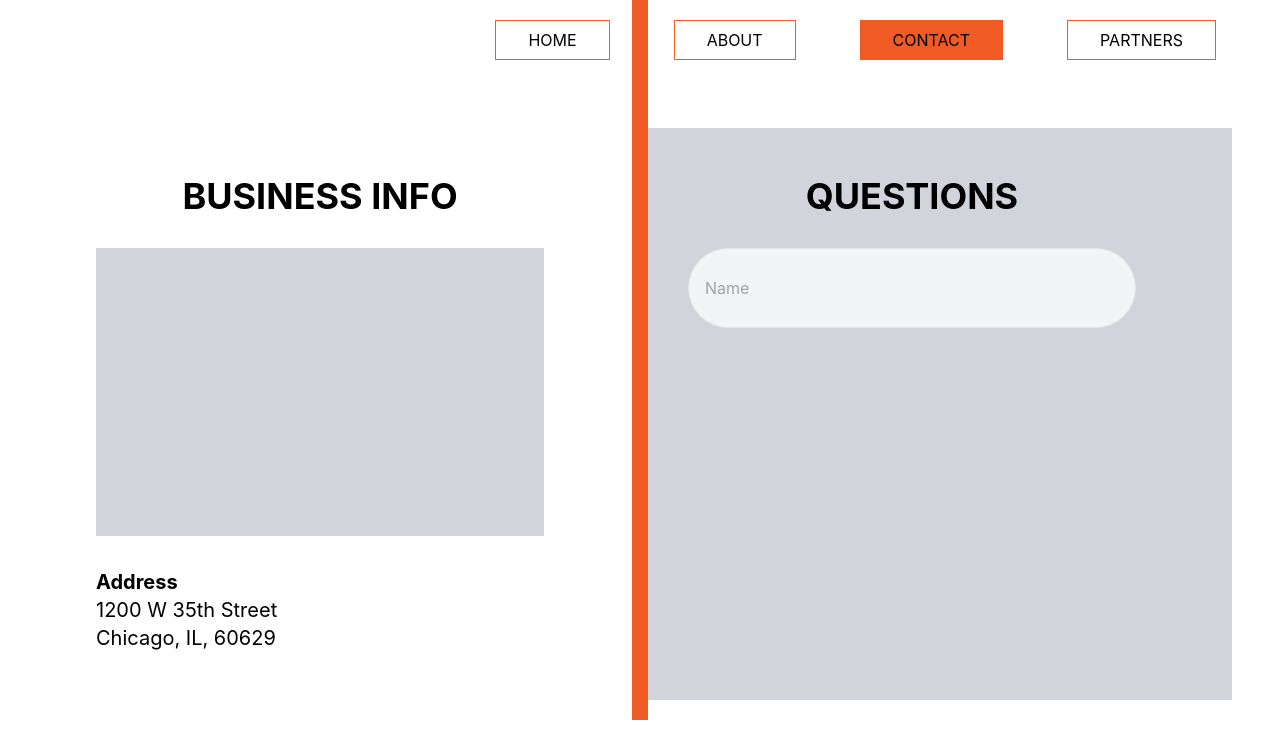
Repository: legenddev1202/whyclicktv
Page: /contact
An editor plug-in stored every save of this project. The page is shown before and after the next save, followed by the edit.
The browser window is 1280 px wide. The pictures show the whole page.
The project was rebuilt for these pictures with package versions that can differ from the ones it lists, and the page was loaded fresh each time. Also part of the build but not shown: src/pages/home.js, src/pages/about.js, src/App.css.

Above is the page before, as saved 2022-03-31 09:51:46.

### src/index.css
@tailwind base;
@tailwind components;
@tailwind utilities;

body {
  margin: 0;
  font-family: -apple-system, BlinkMacSystemFont, "Segoe UI", "Roboto", "Oxygen",
    "Ubuntu", "Cantarell", "Fira Sans", "Droid Sans", "Helvetica Neue",
    sans-serif;
  -webkit-font-smoothing: antialiased;
  -moz-osx-font-smoothing: grayscale;
  height: 100%;
  min-height: 500px;
}

code {
  font-family: source-code-pro, Menlo, Monaco, Consolas, "Courier New",
    monospace;
}

### src/App.js
import { Routes, Route, Link } from "react-router-dom";
import Home from "./pages/home";
import About from "./pages/about";
import "./App.css";
import Contact from "./pages/contact";

function App() {
  return (
    <Routes>
      <Route path="/" element={<Home />} />
      <Route path="about" element={<About />} />
      <Route path="contact" element={<Contact />} />
    </Routes>
  );
}

export default App;

### src/pages/contact.js
import React from "react";
import { Routes, Route, Link } from "react-router-dom";

function Contact() {
  return (
    <div className="relative h-full w-full" style={{ height: "100vh" }}>
      <div className="bg-transparent w-full h-20 flex items-center px-8 justify-between z-20 absolute">
        <div></div>
        <div className="bg-transparent">
          <button
            className="h-10 px-8 mx-8 border"
            style={{ borderColor: "#F05A23", backgroundColor: "white" }}
          >
            <Link to="/">HOME</Link>
          </button>
          <button
            className="h-10 px-8 mx-8 border"
            style={{ borderColor: "#F05A23", backgroundColor: "white" }}
          >
            <Link to="/about">ABOUT</Link>
          </button>
          <button
            className="h-10 px-8 mx-8 border"
            style={{ borderColor: "#F05A23", backgroundColor: "#F05A23" }}
          >
            <Link to="/contact">CONTACT</Link>
          </button>
          <button
            className="h-10 px-8 mx-8 border"
            style={{ borderColor: "#F05A23" }}
          >
            <Link to="/contact">PARTNERS</Link>
          </button>
        </div>
      </div>
      <div
        className="absolute w-4 h-full left-0 right-0 mx-auto z-10"
        style={{ backgroundColor: "#F05A23", height: "100vh" }}
      ></div>
      <div className="w-full mt-20 absolute p-12 flex">
        <div className="w-1/2 p-12 pr-24 flex flex-col items-center">
          <div className="text-4xl font-bold">BUSINESS INFO</div>
          <div className="w-full h-72 bg-gray-300 mt-8"></div>
          <div className="mt-8 self-start">
            <div className="text-xl font-bold">Address</div>
            <div className="text-xl">1200 W 35th Street </div>
            <div className="text-xl">Chicago, IL, 60629 </div>
          </div>
        </div>
        <div className="w-1/2 p-12 bg-gray-300 pr-24 flex flex-col items-center">
          <div className="text-4xl font-bold">QUESTIONS</div>
          <div className="w-full mt-8">
            <input
              className="w-full rounded-full h-20 border px-4 bg-gray-100"
              placeholder="Name"
            ></input>
          </div>
        </div>
      </div>
    </div>
  );
}

export default Contact;

Loaded but not shown: public/index.html (common file); src/index.js (common file); src/reportWebVitals.js (common file); tailwind.config.js (common file)

After the next save:
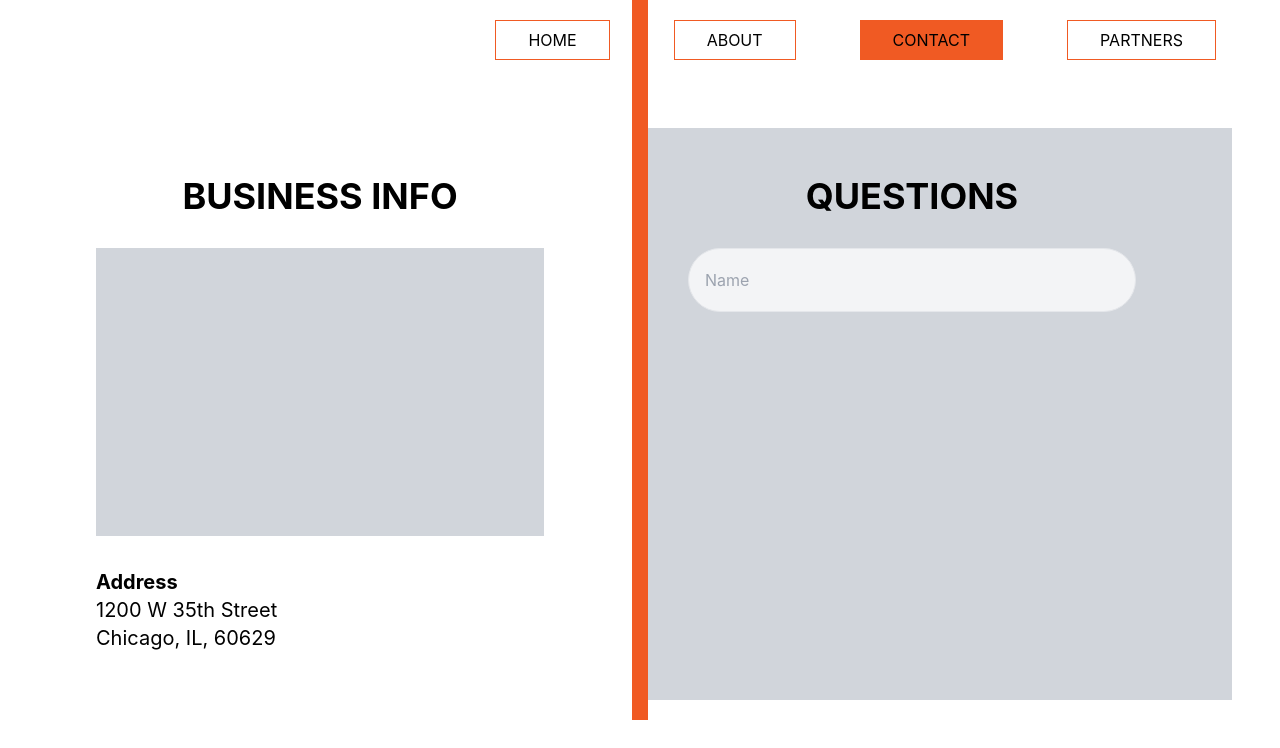
Saved 10 s later.
--- a/src/pages/contact.js
+++ b/src/pages/contact.js
@@ -51,7 +51,7 @@
           <div className="text-4xl font-bold">QUESTIONS</div>
           <div className="w-full mt-8">
             <input
-              className="w-full rounded-full h-20 border px-4 bg-gray-100"
+              className="w-full rounded-full h-16 border px-4 bg-gray-100"
               placeholder="Name"
             ></input>
           </div>
